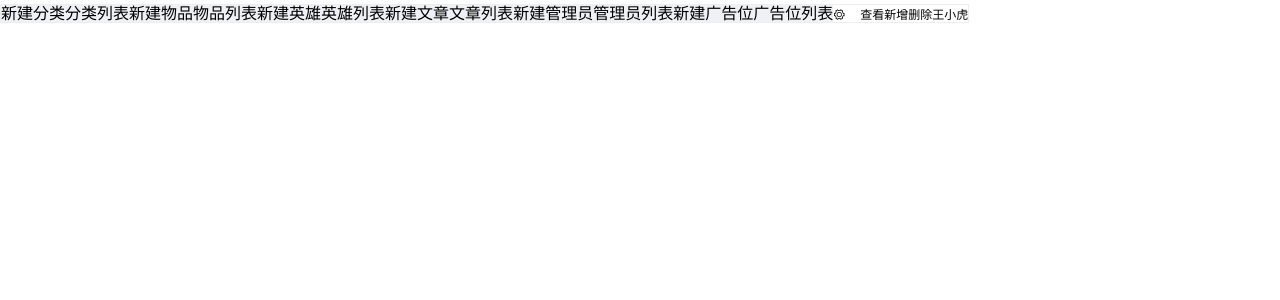
Repository: zqw980624/aaa
Page: / (app in admin/)
These files come from the project's save history. The page is drawn as it stood at one moment and after the next save; the edit follows.
The browser window is 1280 px wide. The pictures show the whole page.
The project was rebuilt for these pictures with package versions that can differ from the ones it lists, and the page was loaded fresh each time. Also part of the build but not shown: admin/src/views/CategoryEditor.vue, admin/src/views/CategoryList.vue, admin/src/views/ItemEditor.vue, admin/src/views/ItemList.vue, admin/src/views/HeroEditor.vue, admin/src/views/HeroList.vue, admin/src/views/ArticleEditor.vue, admin/src/views/ArticleList.vue and 4 more. Imported but missing from the stored project, and not drawn on this page: admin/src/plugins/element.js.

Above is the page before, as saved 2020-03-09 22:49:55.

After the next save:
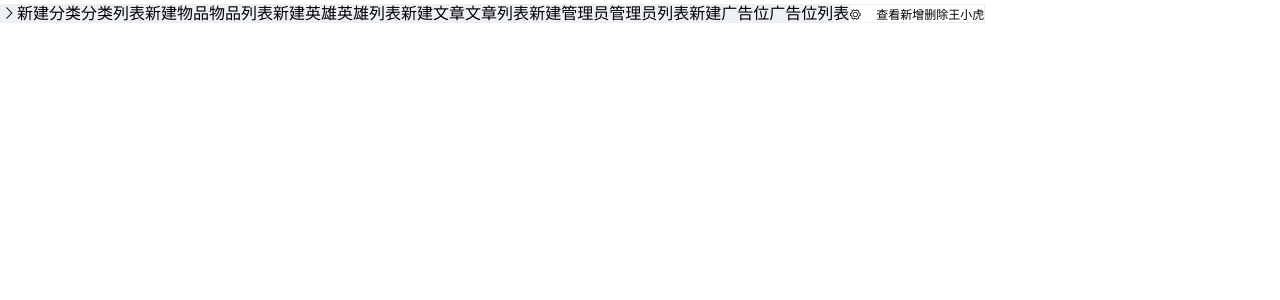
Saved 48 s later.
--- a/admin/src/views/Main.vue
+++ b/admin/src/views/Main.vue
@@ -12,6 +12,7 @@
         active-text-color="#ff4238"
         :collapse="isCollapse"
       >
+       <i class="el-icon-arrow-right"></i>
         <!-- <el-radio-group v-model="isCollapse" style="margin-bottom: 20px;">
           <el-radio-button :label="false">展开</el-radio-button>
           <el-radio-button :label="true">收起</el-radio-button>
